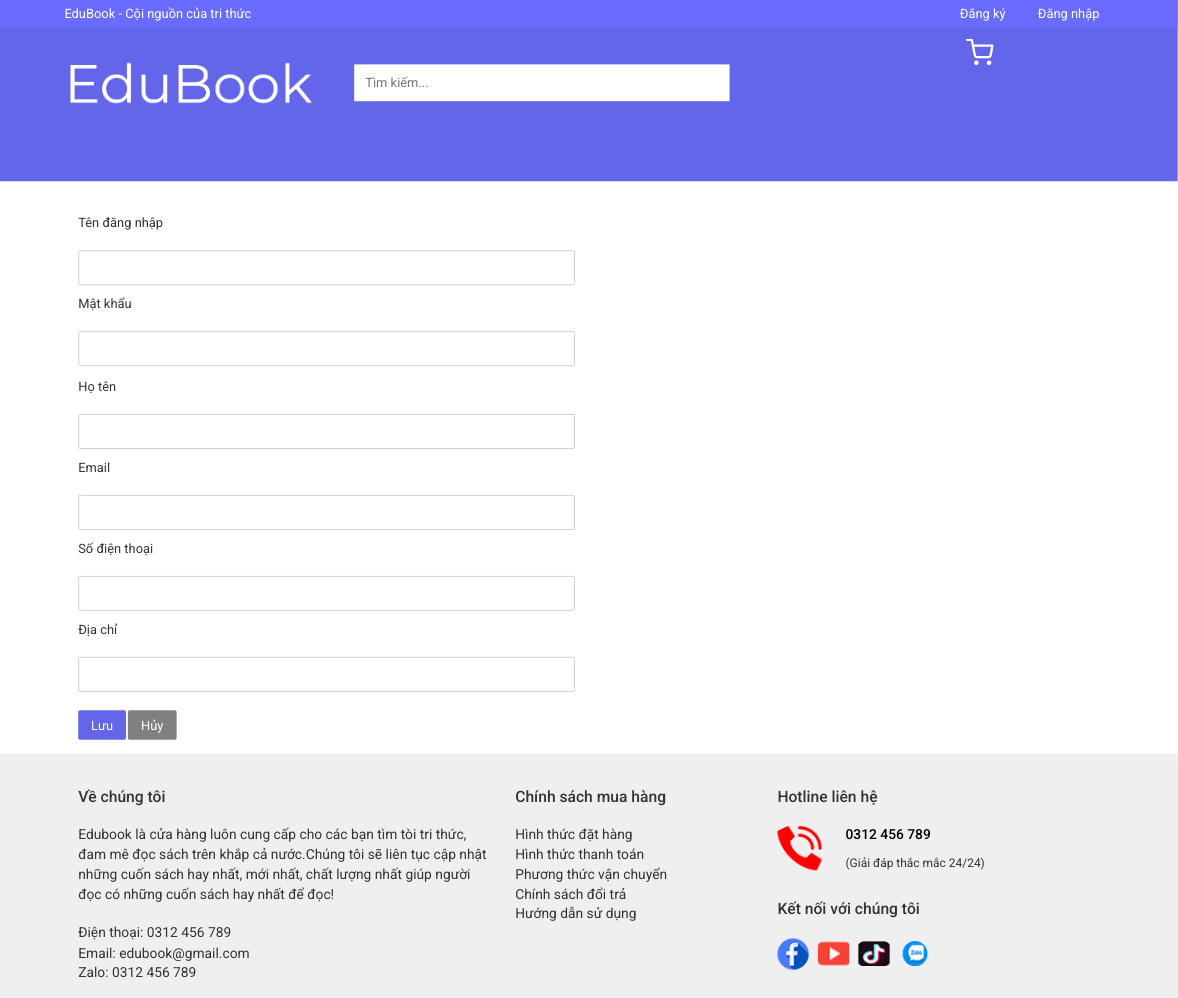
Repository: ThieuDV091002/BookShop
Page: http://localhost/customer-update
The author's editor kept a copy of each file at every save. The page is drawn from the files as they stood at one save, then again after the next save.
The browser window is 1280 px wide. The pictures show the whole page, at 92% of full size.
Some web fonts or font styles are not loaded; a fallback is used. The page is this project's Thymeleaf template; nobody is signed in. The template is opened directly, without the code that normally fills it, so the values that code supplies are empty.

Above is the page before, as saved 2023-07-19 07:22:38.
Console error: TypeError: Cannot read properties of null (reading 'style')

### EduBookProject/EduBookWebparent/EduBookFrontEnd/src/main/resources/templates/customer-update.html
<!DOCTYPE html>
<html xmlns:th="www.thymeleaf.org"
	xmlns:sec="https://www.thymeleaf.org/thymeleaf-extras-springsecurity5">
<head>
<meta charset="UTF-8">
<meta name="viewport" content="width=device-width, initial-scale=1.0">
<title>Trang chủ - EduBook</title>
<script th:src="@{js/jquery-3.3.1.js}"></script>
<script th:src="@{js/bootstrap.min.js}"></script>
<script
	th:src="@{https://ajax.googleapis.com/ajax/libs/jquery/3.5.1/jquery.min.js}"></script>
<link rel="stylesheet" th:href="@{css/bootstrap.min.css}">
<link rel="stylesheet"
	th:href="@{https://maxcdn.bootstrapcdn.com/bootstrap/3.4.1/css/bootstrap.min.css}">

<link
	th:href="@{https://fonts.googleapis.com/css2?family=Roboto:ital,wght@0,300;0,400;0,500;0,700;1,300;1,400;1,500&display=swap}"
	rel="stylesheet">
<link rel="stylesheet" th:href="@{fontawesome/all.min.css}">
<link
	th:href="@{https://fonts.googleapis.com/css2?family=Paytone+One&display=swap}"
	rel="stylesheet">
<link rel="stylesheet" th:href="@{css/style.css}">
<link rel="stylesheet" th:href="@{css/contact.css}">
</head>
<body>
	<header id="header">
		<div class="header__top">
			<div class="container">
				<section class="row flex">
					<div class="col-lg-5 col-md-0 col-sm-0 heade__top-left">
						<span>EduBook - Cội nguồn của tri thức</span>
					</div>

					<nav class="col-lg-7 col-md-0 col-sm-0 header__top-right">
						<ul class="header__top-list" sec:authorize="!isAuthenticated()">
							<li class="header__top-item"><a th:href="@{/register}"
								class="header__top-link">Đăng ký</a></li>
							<li class="header__top-item"><a th:href="@{/login}"
								class="header__top-link">Đăng nhập</a></li>
						</ul>
						<ul class="header__top-list" sec:authorize="isAuthenticated()">
							<li class="header__top-item"><a
								th:href="@{/customer-update}" class="header__top-link"
								sec:authentication="principal.hoten"></a></li>
						</ul>
					</nav>
				</section>
			</div>
		</div>

		<div class="header__bottom">
			<div class="container">
				<section class="row">
					<div class="col-lg-3 col-md-4 col-sm-12 header__logo">
						<h1 class="header__heading">
							<a href="#" class="header__logo-link"> <img
								th:src="@{image/logo1.png}" alt="Logo" class="header__logo-img">
							</a>
						</h1>
					</div>

					<div class="col-lg-6 col-md-7 col-sm-0 header__search text-center"
						style="display: flex; justify-content: center; align-items: center;">
						<form class="col-lg-12 col-md-7 col-sm-0 header__search"
							th:action="@{/search}">
							<input type="search" name="keyword" class="header__search-input"
								th:value="${keyword}" placeholder="Tìm kiếm...">
						</form>
					</div>

					<a href="cart.html" class="col-lg-1 col-md-1 col-sm-0 header__cart">
						<div class="header__cart-icon-wrap">
							<a th:href="@{/cart}"> <svg
									xmlns="http://www.w3.org/2000/svg" width="30" height="30"
									style="color: white" viewBox="0 0 24 24" fill="none"
									stroke="currentColor" stroke-width="2" stroke-linecap="round"
									stroke-linejoin="round" class="feather feather-shopping-cart"
									id="IconChangeColor">
									<circle cx="9" cy="21" r="1"></circle>
									<circle cx="20" cy="21" r="1"></circle>
									<path
										d="M1 1h4l2.68 13.39a2 2 0 0 0 2 1.61h9.72a2 2 0 0 0 2-1.61L23 6H6"
										id="mainIconPathAttribute"></path></svg>
							</a>
						</div>
					</a>
				</section>
			</div>
		</div>

		<div class="header__nav">
			<div class="container">
				<section class="row">
					<th:block sec:authorize="isAuthenticated()">
						<div class="header__nav col-lg-9 col-md-0 col-sm-0">
							<ul class="header__nav-list">
								<li class="header__nav-item"><a
									th:href="@{/customer-update}" class="header__nav-link">Thông
										tin tài khoản</a></li>
								<li class="header__nav-item"><a th:href="@{/order}"
									class="header__nav-link">Đơn hàng</a></li>
								<li class="header__nav-item"><a th:href="@{/address_book}"
									class="header__nav-link">Địa chỉ</a></li>
								</li>
								<li class="header__nav-item"><a th:href="@{/review}"
									class="header__nav-link">Đánh giá</a></li>
								</li>
								<li class="header__nav-item"><a th:href="@{/request}"
									class="header__nav-link">Khiếu nại</a></li>
								<li class="header__nav-item"><a id="logoutLink" href=""
									class="header__nav-link">Đăng xuất</a></li>

							</ul>
						</div>
					</th:block>
				</section>
			</div>
		</div>
	</header>

	<section class="contact">
		<div class="container">
			<div class="row mt-4 mb-4">
				<div class="col-lg-6 col-md-6 col-sm-12 contact__regist">
					<h3 class="mb-4">[[${pageTitle}]]</h3>

					<form th:action="@{/customer-updatedetail}" method="POST"
						th:object="${account}" onsubmit="return checkEmailUnique(this)">
						<input type="hidden" th:field="*{IDtaikhoan}"
							th:value="${account.IDtaikhoan}">
						<p>Tên đăng nhập</p>
						<input type="text" th:field="*{tendangnhap}" required
							maxlength="32">

						<p>Mật khẩu</p>
						<input type="password" th:field="*{matkhau}" required
							maxlength="32"> <
						<p>Họ tên</p>
						<input type="text" th:field="*{hoten}" required maxlength="64">

						<p>Email</p>
						<input type="email" th:field="*{email}" required maxlength="128">

						<p>Số điện thoại</p>
						<input type="text" th:field="*{sodienthoai}" required
							maxlength="10">

						<p>Địa chỉ</p>
						<input type="text" th:field="*{diachi}" required maxlength="256">

						<input type="hidden" th:field="*{vaitro}"
							th:value="${account.vaitro}"> <input type="hidden"
							th:field="*{trangthai}" th:value="true">

						<button type="submit">Lưu</button>
						&emsp;&emsp;
						<button id="buttonCancel" style="background-color: gray">Hủy</button>
					</form>
				</div>
			</div>
		</div>
	</section>

	<footer>
		<section class="footer__top">
			<div class="container">
				<div class="row">
					<article class="footer__top-intro col-lg-5 col-md-4 col-sm-6">
						<h4 class="footer__top-intro-heading">Về chúng tôi</h4>
						<div class="footer__top-intro-content">
							Edubook là cửa hàng luôn cung cấp cho các bạn tìm tòi tri thức,
							đam mê đọc sách trên khắp cả nước.Chúng tôi sẽ liên tục cập nhật
							những cuốn sách hay nhất, mới nhất, chất lượng nhất giúp người
							đọc có những cuốn sách hay nhất để đọc! <br> <br> Điện
							thoại: 0312 456 789 <br> Email: edubook@gmail.com <br>
							Zalo: 0312 456 789 <br>
						</div>
					</article>

					<article class="footer__top-policy col-lg-3 col-md-4 col-sm-6">
						<h4 class="footer__top-policy-heading">Chính sách mua hàng</h4>

						<ul class="footer__top-policy-list">
							<li class="footer__top-policy-item"><a href="#"
								class="footer__top-policy-link">Hình thức đặt hàng</a></li>
							<li class="footer__top-policy-item"><a href="#"
								class="footer__top-policy-link">Hình thức thanh toán</a></li>
							<li class="footer__top-policy-item"><a href="#"
								class="footer__top-policy-link">Phương thức vận chuyển</a></li>
							<li class="footer__top-policy-item"><a href="#"
								class="footer__top-policy-link">Chính sách đổi trả</a></li>
							<li class="footer__top-policy-item"><a href="#"
								class="footer__top-policy-link">Hướng dẫn sử dụng</a></li>
						</ul>
					</article>

					<article
						class="footer__top-contact-wrap col-lg-4 col-md-4 col-sm-6">
						<h4 class="footer__top-contact-heading">Hotline liên hệ</h4>

						<div class="footer__top-contact">
							<div class="footer__top-contact-icon">
								<img th:src="@{image/phone_top.png}"
									class="footer__top-contact-img">
							</div>

							<div class="footer__top-contact-phone-wrap">
								<div class="footer__top-contact-phone">0312 456 789</div>
								<div class="footer__top-contact-des">(Giải đáp thắc mắc
									24/24)</div>
							</div>
						</div>

						<h4 class="footer__top-contact-heading">Kết nối với chúng tôi
						</h4>

						<div class="footer__top-contact-social">
							<a href="#" class="footer__top-contact-social-link"> <img
								th:src="@{image/facebook.png}">
							</a> <a href="#" class="footer__top-contact-social-link"> <img
								th:src="@{image/youtube.png}">
							</a> <a href="#" class="footer__top-contact-social-link"> <img
								th:src="@{image/tiktok.png}">
							</a> <a href="#" class="footer__top-contact-social-link"> <img
								th:src="@{image/zalo.png}">
							</a>
						</div>
					</article>
				</div>
			</div>
		</section>
	</footer>

	<script src="js/jq.js"></script>
	<script type="text/javascript">
	  $(document).ready(function(){
		  $("#buttonCancel").on("click", function(){
			  window.location = "[[@{/}]]"
		  })
	  })

	  function checkEmailUnique(form){
		  url = "[[@{/customer-check_email}]]"
		  accountEmail = $("#email").val()
		  csrfValue = $("input[name='_csrf']").val()
		  params = {email: accountEmail, _csrf: csrfValue}
		  $.post(url, params, function(response){
			  if(response == "OK"){
				  form.submit()
			  }
			  else if(response == "Duplicated"){
				  alert("Có một tài khoản khác đã sử dụng email này: " + accountEmail)
			  }
		  })
		  return false
	  }
	 </script>
</body>
</html>

### EduBookProject/EduBookWebparent/EduBookFrontEnd/src/main/resources/static/css/style.css
:root{
    --primary-color: #6366e9;
    --white-color: #fff;
    --black-color: #000;
    --text-color: #333;
    --border-color: #e5e5e5;
}

*{
    margin: 0;
    padding: 0;
    box-sizing: border-box;
    font-size: 62.5%;
}

body{
    font-size: 100%;
    font-family: Roboto;
}
/* header */
#header{
    background: var(--primary-color);
}

.header__top{
    height: 30px;
    display: flex;
    align-items: center;
    justify-content: space-between;
    background: #696cff;
}

.heade__top-left{
    padding-left: 0;
}

.heade__top-left span {
    font-size: 14px;
    color: var(--white-color);
}

.header__top-right {
    display: flex;
    align-items: center;
    justify-content: flex-end;
}

.header__top-list {
    list-style: none;
    display: flex;
    align-items: center;
    margin: 0;
}

.header__top-item {

}

.header__top-link {
    color: var(--white-color);
    text-decoration: none;
    font-size: 1.4rem;
    display: block;
    margin-left: 3.5rem;
    transition: 0.2s;
}

.header__top-link:hover{
    opacity: 0.8;
    color: #fff;
    text-decoration: none;
}

.header__bottom {
 padding: 12px 0;
}

.header__logo {
    padding-left: 0;
}

.header__heading {

}

.header__logo-link {

}

.header__logo-img {

}


.header__search {
    display: flex;
    align-items: center;
}


.header__search-select {
    height: 4rem;
    font-size: 1.4rem;
    font-weight: 500;
    outline: none;
    border: none;
    border-radius: 0.2rem 0 0 0.2rem;
    border-right: 1px solid var(--border-color);
    width: 10%;
    padding: 0 .6rem;
}

.header__search-select option{
    font-size: 1.4rem;
    display: inline-block;
    margin: 10px 12px;
}

.header__search-input {
    height: 4rem;
    width: 80%;
    font-size: 1.4rem;
    outline: none;
    border: none;
    padding: 0 12px;
}

.header__search-btn {
    width: 10%;
    height: 4rem;
    outline: none;
    border: none;
    border-radius: 0 2px 2px 0;
    font-size: 1.4rem;
    background: var(--white-color);
}

.header__search-icon-wrap{
    width: 90%;
    height: 3.4rem;
    background: #696cff;
    border-radius: 2px;
    display: flex;
    justify-content: center;
    align-items: center;
    cursor: pointer;
    margin-left: .2rem;
}

.header__search-icon {
    font-size: 1.4rem;
    color: var(--white-color);
}


.header__call {
    display: flex;
    align-items: center;
    padding-right: 0;
}

.header__call-icon-wrap {
    margin-right: 1rem;
}

.header__call-icon {
    font-size: 2.2rem;
    color: var(--white-color);
}

.header__call-info {

}

.header__call-text {
    font-size: 13px;
    font-weight: 500;
    color: var(--white-color);
    margin-bottom: 1rem;
}

.header__call-number {
    font-size: 1.5rem;
    font-weight: 500;
    color: var(--white-color);
}

.header__cart {
    display: flex;
    justify-content: center;
    align-items: center;
    cursor: pointer;
}

.header__cart-icon-wrap {
    position: relative;
}

.header__notice{
    display: block;
    width: 24px;
    height: 24px;
    position: absolute;
    top: -70%;
    right: -70%;
    background: #fff;
    color: var(--primary-color);
    font-size: 1.4rem;
    border-radius: 50%;
    border: 2px solid #696cff;
    display: flex;
    justify-content: center;
    align-items: center;
    font-weight: 400;
}

.header__nav-cart-icon {
    font-size: 2rem;
    color: var(--white-color);
}


/*header navigation*/
.header__nav-wrap{
    height: 4.8rem;
    background: #ff5c00;
}

.header__nav-menu-wrap{
    height: 4.8rem;
    background: #696cff;
    display: flex;
    align-items: center;
    border-top-left-radius: 2px;
    border-top-right-radius: 2px;
    /*margin-left: 1.5rem;
    margin-right: -1.5rem;
    padding-right: 0;*/
    cursor: pointer;
}

.header__nav-menu-icon {
    font-size: 1.6rem;
    color: var(--white-color);
    margin-right: 1.6rem;
    margin-left: 1.4rem;
}

.header__nav-menu-title {
    font-size: 1.6rem;
    font-weight: 500;
    color: var(--white-color);
}

.header__nav {
    height: 4.8rem;
}

.header__nav-list {
    list-style: none;
    display: flex;
    align-items: center;
    height: 100%;
}

.header__nav-item {

}

.header__nav-link {
    color: var(--white-color);
    text-decoration: none;
    font-size: 1.5rem;
    font-weight: 500;
    display: block;
    padding-right: 3rem;
    transition: 0.2s;
}

.header__nav-link:hover{
    text-decoration: none;
    color: var(--white-color);
    opacity: 0.6;
}
/**/
/* end header */


/*footer*/
.footer__top{
    background: #efefef;
    padding: 1.6rem 0;
}
.footer__top-intro {

}

.footer__top-intro-heading, .footer__top-policy-heading, .footer__top-contact-heading {
    font-size: 1.7rem;
    color: var(--text-color);
    padding: 1.2rem 0;
}

.footer__top-intro-content {
    font-size: 1.5rem;
}

.footer__top-policy-list {
    list-style: none;
    margin-bottom: 1rem;
}

.footer__top-policy-item {

}

.footer__top-policy-link {
    font-size: 1.5rem;
    color: var(--text-color);
}

.footer__top-policy-link:hover{
    color: var(--text-color);
    opacity: 0.8;
    text-decoration: none;
}

.footer__top-contact-wrap {

}

.footer__top-contact-heading {

}

.footer__top-contact {
    display: flex;
    align-items: center;
    margin-bottom: 2rem;
}


.footer__top-contact-icon {
    margin-right: 2.6rem;
}

.footer__top-contact-img {

}

.footer__top-contact-phone-wrap {

}

.footer__top-contact-phone {
    font-size: 1.5rem;
    font-weight: 500;
    color: var(--black-color);
    margin-bottom: 1rem;
}

.footer__top-contact-des {
    font-size: 1.3rem;
    color: var(--text-color);
}

.footer__top-contact-social-link{
    margin-right: 1rem;
}

.footer__bottom {
    height: 3.4rem;
    background: #666;
    text-align: center;
}

.footer__bottom-content {
    font-size: 1.4rem;
    color: var(--white-color);
    margin: 0 auto;
    line-height: 3.4rem;
}


@media (max-width:992px){
    .header__top{
        display: none;
    }

    .header__nav-menu-wrap{
        display: none;
    }

    /*.header__search{
        display: none;
    }*/

    .header__call{
        display: none;
    }

    .header__search-select{
        display: none;
    }
}

@media (max-width:768px){
    .hide-on-mobile{
        display: none;
    }

    .header__search{
        display: none;
    }

    .header__cart{
        display: none;
    }

    .header__nav{
        display: none;
    }

    .header__heading {
        text-align: center;
    }

    .header__logo-img {
        max-width: 10rem;
    }


}

@media (min-width:768px){
   .header__logo-img {
        max-width: 100%;
    }
}


#myBtn-scroll{

    display: none;
    position: fixed;
    bottom: 20px;
    right: 30px;
    z-index: 99;
    font-size: 18px;
    border: none;
    outline: none;
    background-color: rgba(238, 0, 0,0.5);
    color: white;
    cursor: pointer;
    padding: 15px;
    border-radius: 4px;

}
#myBtn-scroll:hover{

    background-color: red;
}

### EduBookProject/EduBookWebparent/EduBookFrontEnd/src/main/resources/static/css/contact.css
.contact__self h3, .contact__regist h3 {
	font-size: 2rem;
	color: #000;
}

.contact__self p, .contact__regist p{
	font-size: 1.4rem;
}


.contact__self-list {
	list-style: none;
}

.contact__self-item {

}

.contact__self-link {
	color: var(--text-color);
	font-size: 1.4rem;
	display: block;
	padding: 0.5rem 0;
}

.contact__self-item:first-child .contact__self-link{
	font-weight: 500;
}

.contact__self-link:hover{
	color: var(--black-color);
	text-decoration: none;
}

.contact__regist form input{
	margin: 1rem 0;
	padding: 0.8rem 1rem;
	border-radius: 0.2rem;
	outline: none;
	font-size: 1.4rem;
	border: 1px solid #ccc;
	width: 100%;
}

.contact__regist form select{
	margin: 1rem 0;
	padding: 0.8rem 1rem;
	border-radius: 0.2rem;
	outline: none;
	font-size: 1.4rem;
	border: 1px solid #ccc;
	width: 100%;
}

.contact__regist form option{
	margin: 1rem 0;
	padding: 0.8rem 1rem;
	border-radius: 0.2rem;
	outline: none;
	font-size: 1.4rem;
	border: 1px solid #ccc;
	width: 100%;
}

.contact__regist form textarea{
	width: 100%;
	padding: 0.6rem 1.4rem;
	font-size: 1.4rem;
	height: 10rem;
	outline: none;
	border-radius: .2rem;
	margin-top: 1rem;
}

.mb-50{
	margin-bottom: 3rem;
}

.contact__regist form button{
	font-size: 1.4rem;
	background: var(--primary-color);
	padding: 0.6rem 1.4rem;
	outline: none;
	color: var(--white-color);
	border-radius: 0.2rem;
	border: none;
	cursor: pointer;
	margin-top: 1rem;
}

.contact__regist form button:hover{
	opacity: 0.8;
}

input::-webkit-outer-spin-button,
input::-webkit-inner-spin-button {
	-webkit-appearance: none;
	margin: 0;
}

input[type=number] {
-moz-appearance: textfield;
}


.pc{
	position: relative;
}

.menu__nav{
	position: absolute;
	top: -1.4rem;
	left: 0;
	z-index: 10;
	box-shadow: 1px 1px 5px 1px #ccc;
	display: none;
}

.menu__nav{
	padding: 0;

}
.menu__list {
    list-style: none;
    margin: 0;
    padding: 0;
}
.menu__item{
   padding-left: .15rem;
}

.menu__item-icon{
	width: 1.6rem;
	height: 1.6rem;
	display: inline-block;
	margin-right: 1.5rem;
}
.menu__item:hover {
    background: var(--primary-color);

}

.menu__item:hover .menu__link{
    color: var(--white-color);
    background: var(--primary-color);
    text-decoration: none;
    fill: var(--white-color);
}

.menu__item--active .menu__link{
    color: var(--primary-color);
    fill: var(--primary-color);
}
.menu__link {
    font-size: 1.5rem;
    font-weight: 500;
    color: var(--text-color);
    display: block;
    padding: 1rem 2.8rem;
    text-decoration: none;
    border-top: 1px solid #eff0f3;
    background: var(--white-color);
    background-clip: padding-box;
    display: flex;
    align-items: center;
}

### EduBookProject/EduBookWebparent/EduBookFrontEnd/src/main/resources/static/js/jq.js

        // $(".header__nav-menu-wrap").mouseover(function(){
        //     $(".menu__nav").fadeIn();
        // });

        // $(".menu__nav").mouseleave(function(){
        //     $(".menu__nav").fadeOut();
        // });

        $(".header__nav-menu-wrap").click(function(){
            $(".menu__nav").toggle();
        });

        $(".modal__overlay").click(function(){
            $(".main__modal").hide();
        });

        $(".sale-off__close").click(function(){
            $(".main__modal").hide();
        });

        $(".product__panel-item").click(function(){
            $(location).attr('href','product.html');
        });

        // $(".product__main-img-list img").click(function(){
        //     $("product__main-img-primary img").attr('src','product.html');
        // });

        // $(".header__nav-menu-wrap").click(function(){
        //     $(".menu__nav").hide();
        // });
        //Get the button
var mybutton = document.getElementById("myBtn-scroll");

// When the user scrolls down 20px from the top of the document, show the button
window.onscroll = function() {scrollFunction()};

function scrollFunction() {
  if (document.body.scrollTop > 20 || document.documentElement.scrollTop > 20) {
    mybutton.style.display = "block";
  } else {
    mybutton.style.display = "none";
  }
}

// When the user clicks on the button, scroll to the top of the document
function topFunction() {
  document.body.scrollTop = 0;
  document.documentElement.scrollTop = 0;
}

Loaded but not shown: EduBookProject/EduBookWebparent/EduBookFrontEnd/src/main/resources/static/js/jquery-3.3.1.js (library); EduBookProject/EduBookWebparent/EduBookFrontEnd/src/main/resources/static/js/bootstrap.min.js (library); EduBookProject/EduBookWebparent/EduBookFrontEnd/src/main/resources/static/css/bootstrap.min.css (library); EduBookProject/EduBookWebparent/EduBookFrontEnd/src/main/resources/static/fontawesome/all.min.css (library)

After the next save:
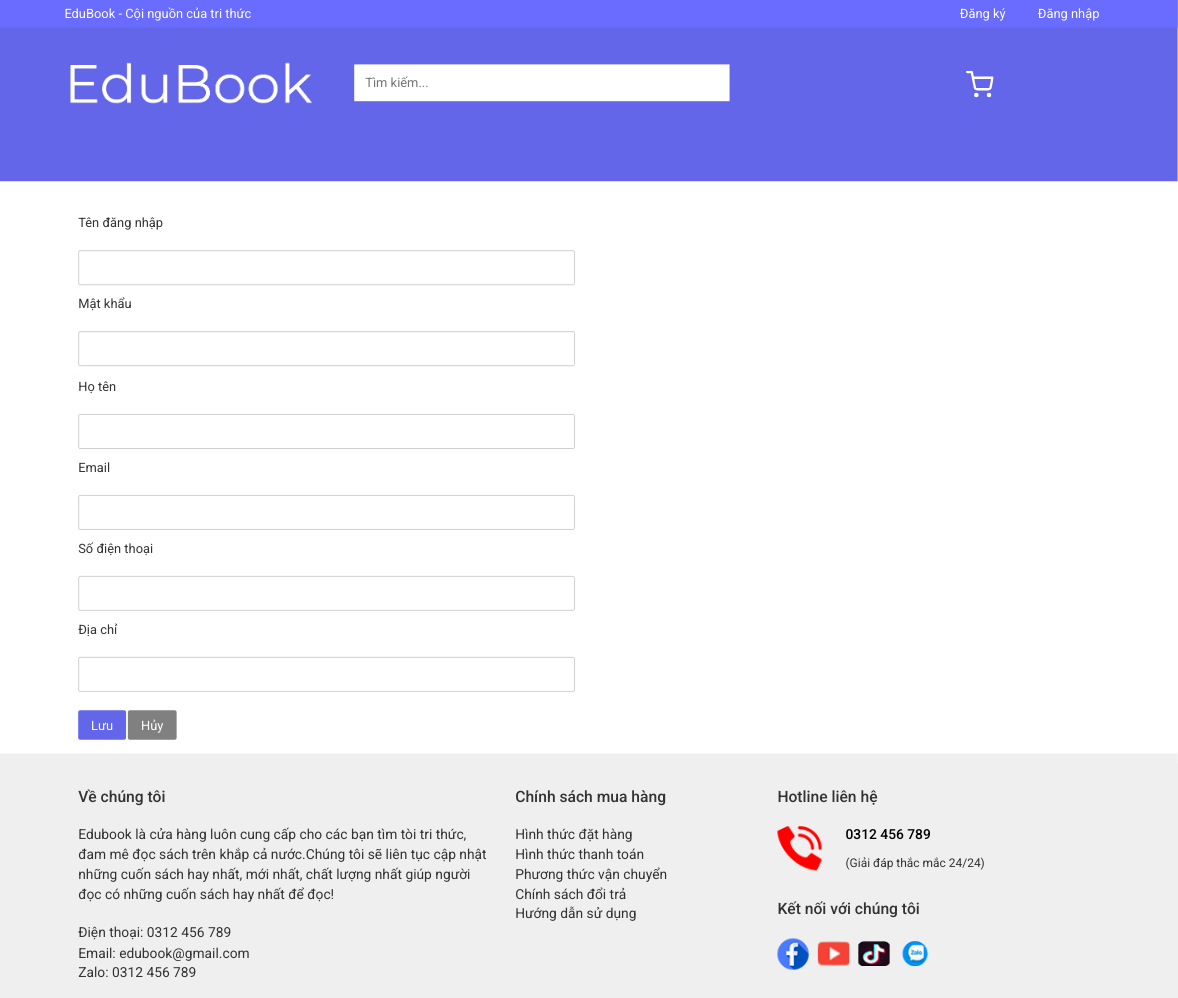
Saved 36 s later.
--- a/EduBookProject/EduBookWebparent/EduBookFrontEnd/src/main/resources/templates/customer-update.html
+++ b/EduBookProject/EduBookWebparent/EduBookFrontEnd/src/main/resources/templates/customer-update.html
@@ -70,7 +70,7 @@
 					</div>
 
 					<a href="cart.html" class="col-lg-1 col-md-1 col-sm-0 header__cart">
-						<div class="header__cart-icon-wrap">
+						<div class="header__cart-icon-wrap" style="padding-top: 35px">
 							<a th:href="@{/cart}"> <svg
 									xmlns="http://www.w3.org/2000/svg" width="30" height="30"
 									style="color: white" viewBox="0 0 24 24" fill="none"
